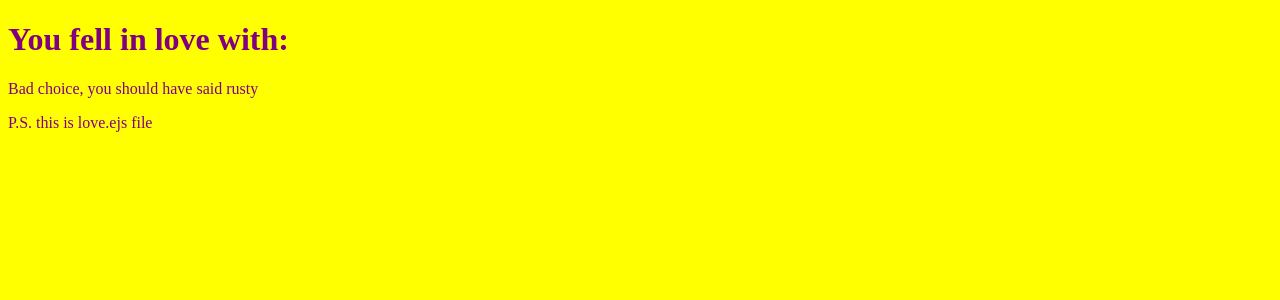
Repository: JoseSM1598/WebAppProjects
Page: MoreExpress/EJSDemo/views/love.ejs
The author's editor kept a record of every edit. The page is drawn from the files as they stood at one moment, then again after the next edit.
The browser window is 1280 px wide. The pictures show the whole page.
The page is served by the project's Node server (MoreExpress/EJSDemo/app.js). The template is opened directly, without the code that normally fills it, so the values that code supplies are empty.

Above is the page before.

### MoreExpress/EJSDemo/views/love.ejs
<!DOCTYPE html>
<html>
    <head>
        <title>Demo App</title>
        <link rel = "stylesheet" href = "app.css" </link>
    </head>
    <body>
        <h1> You fell in love with: <%=thingVar.toUpperCase()%> </h1>

        <%if(thingVar.toLowerCase() === "rusty"){%>
        <p> Good Choice! Rusty is the best!</p>
        <% } else{ %>
        <p> Bad choice, you should have said rusty</p>
        <% } %>

        <p> P.S. this is love.ejs file</p>
    </body>
</html>

### MoreExpress/EJSDemo/app.js
var express = require("express");
var app = express();


app.use(express.static("public"));

//Tells the server we will be passing in ejs files
app.set("view engine", "ejs");

app.get("/", function(req,res){
    res.render("home");

});

app.get("/love/:thing", function(req,res){
    var thing = req.params.thing;
    //Pass variables to the .ejs file as objects

    res.render("love", {thingVar:thing});
})

app.get("/posts", function(req,res){
    var posts = [
        {title:"post 1", author:"Rayna"},
        {title:"post 2", author:"Jose"},
        {title:"post 2", author:"Max"}
        ];

    res.render("post", {posts:posts});
})




app.listen(process.env.PORT, process.env.IP, function(){
    console.log("Server is listening");
})

### MoreExpress/EJSDemo/public/app.css
body{
    background:yellow;
    color:purple;
}

After the next edit:
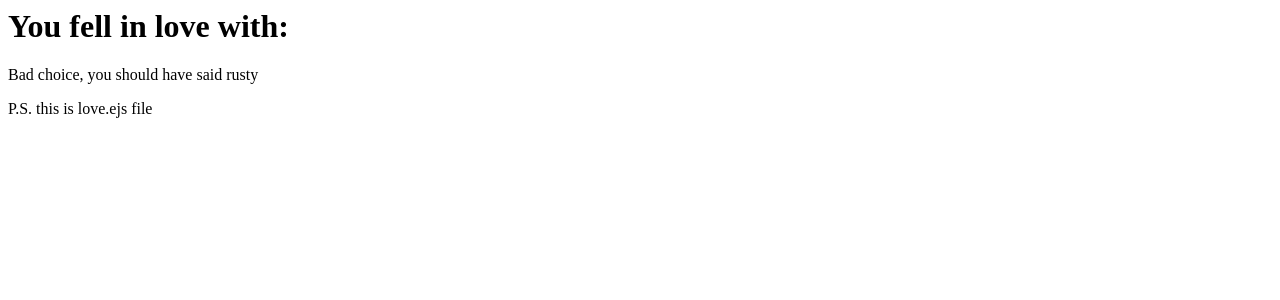
The edit:
--- a/MoreExpress/EJSDemo/views/love.ejs
+++ b/MoreExpress/EJSDemo/views/love.ejs
@@ -1,10 +1,4 @@
-<!DOCTYPE html>
-<html>
-    <head>
-        <title>Demo App</title>
-        <link rel = "stylesheet" href = "app.css" </link>
-    </head>
-    <body>
+
         <h1> You fell in love with: <%=thingVar.toUpperCase()%> </h1>
 
         <%if(thingVar.toLowerCase() === "rusty"){%>
